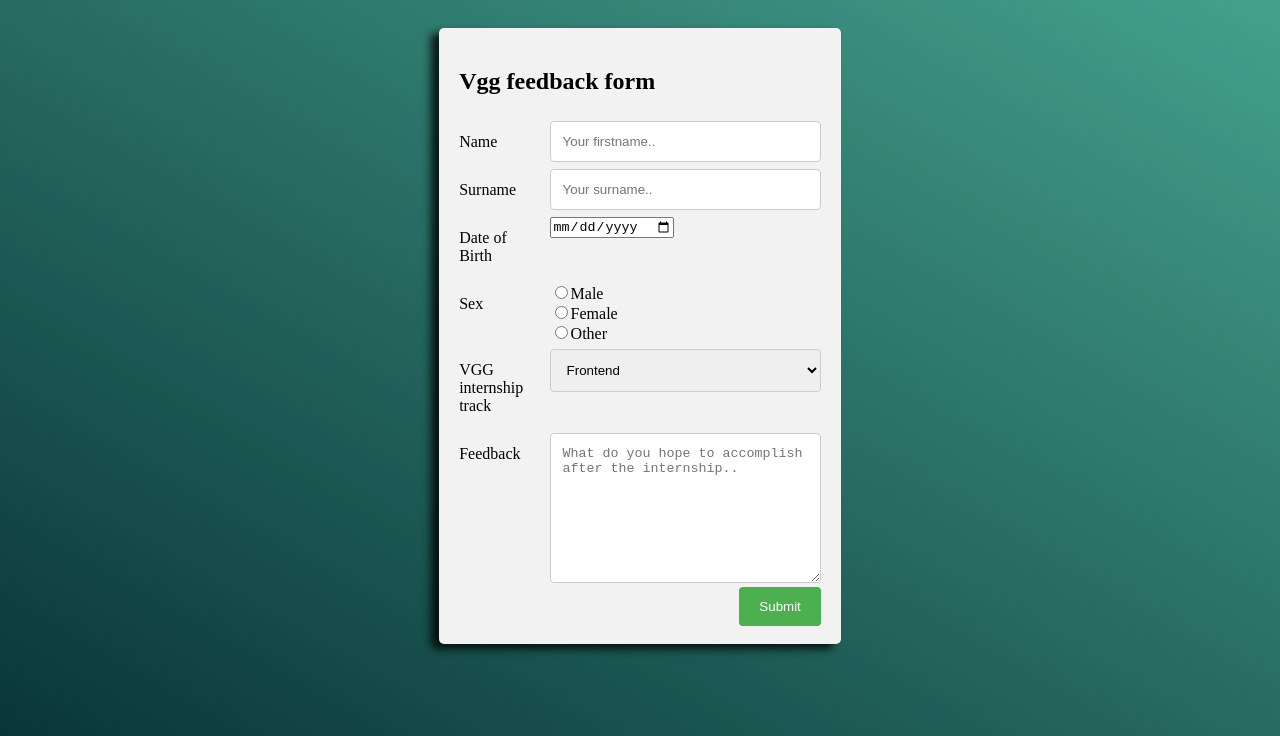
Repository: iphyokafor/VGG-Feedback-form
Page: index2.html
These files come from the project's save history. The page is drawn as it stood at one moment and after the next save; the edit follows.
The browser window is 1280 px wide. The pictures show the whole page.

Above is the page before, as saved 2020-01-13 01:04:44.

### index2.html
<!DOCTYPE html>
<html lang="en">

<head>
    <meta charset="UTF-8">
    <meta name="viewport" content="width=device-width, initial-scale=1.0">
    <meta http-equiv="X-UA-Compatible" content="ie=edge">
    <title>VGG feedback form</title>
    <link rel="stylesheet" href="./main.css">
</head>

<body>
    <div class="container">
        <form>
            <h2 class="heading">Vgg feedback form</h2>
            <div class="row">
                <div class="col-25">
                    <label for="name">Name</label>
                </div>
                <div class="col-75">
                    <input type="text" class="txtinput" id="name" name="name" placeholder="Your firstname..">
                </div>
            </div>
            <div class="row">
                <div class="col-25">
                    <label for="surname">Surname</label>
                </div>
                <div class="col-75">
                    <input type="text" class="txtinput" id="surname" name="surname" placeholder="Your surname..">
                </div>
            </div>
            <div class="row">
                <div class="col-25">
                    <label for="dob">Date of Birth</label>
                </div>
                <div class="col-75">
                    <input type="date" id="date" name="date">
                </div>
            </div>
            <div class="row">
                <div class="col-25">
                    <label for="sex">Sex</label>
                </div>
                <div class="col-75">
                    <input type="radio" name="gender">Male<br>
                    <input type="radio" name="gender">Female<br>
                    <input type="radio" name="gender">Other
                </div>
            </div>
            <div class="row">
                <div class="col-25">
                    <label for="VGG internship">VGG internship track</label>
                </div>
                <div class="col-75">
                    <select id="VGG internship" name="VGG">
            <option value="frontend">Frontend</option>
            <option value="backend">Backend</option>
            <option value="ui/ux">UI/UX</option>
            <option value="software">Software Quality Assurance</option>
            <option value="devops">DevOps</option>
          </select>
                </div>
            </div>
            <div class="row">
                <div class="col-25">
                    <label for="feedback">Feedback</label>
                </div>
                <div class="col-75">
                    <textarea id="feedback" name="feedback" placeholder="What do you hope to accomplish after the internship.." style="height:150px"></textarea>
                </div>
            </div>
            <div class="row">
                <input type="submit" class="btn" value="Submit">
            </div>
        </form>
    </div>

</body>

</html>

### main.css
/* Style inputs, select elements and textareas */

body {
    display: flex;
    justify-content: center;
    flex-wrap: wrap;
    background: linear-gradient(to right top, #093637, #44A08D);
    background-repeat: no-repeat;
    height: 100vh;
}

.txtinput,
select,
textarea {
    width: 100%;
    padding: 12px;
    border: 1px solid #ccc;
    border-radius: 4px;
    box-sizing: border-box;
    resize: vertical;
}


/* Style the label to display next to the inputs */

label {
    padding: 12px 12px 12px 0;
    display: inline-block;
}


/* Style the submit button */

.btn {
    background-color: #4CAF50;
    color: white;
    padding: 12px 20px;
    border: none;
    border-radius: 4px;
    cursor: pointer;
    float: right;
    transition: all 1s;
}

.btn:hover {
    transform: scale(1.1);
}


/* Style the container */

.container {
    height: 80vh;
    margin-top: 20px;
    border-radius: 5px;
    background-color: #f2f2f2;
    padding: 20px;
    box-shadow: -8px 5px 8px rgba(0, 0, 0, 0.8);
    transition: border 0.15s linear 0s, linear 0s, color 0.15s linear 0s;
}


/* Floating column for labels: 25% width */

.col-25 {
    float: left;
    width: 25%;
    margin-top: 6px;
}


/* Floating column for inputs: 75% width */

.col-75 {
    float: left;
    width: 75%;
    margin-top: 6px;
}


/* Clear floats after the columns */

.row:after {
    content: "";
    display: table;
    clear: both;
}


/* Responsive layout - when the screen is less than 600px wide, make the two columns stack on top of each other instead of next to each other */

@media screen and (max-width: 600px) {
    .col-25,
    .col-75,
    input[type=submit] {
        width: 100%;
        margin-top: 0;
    }
}

After the next save:
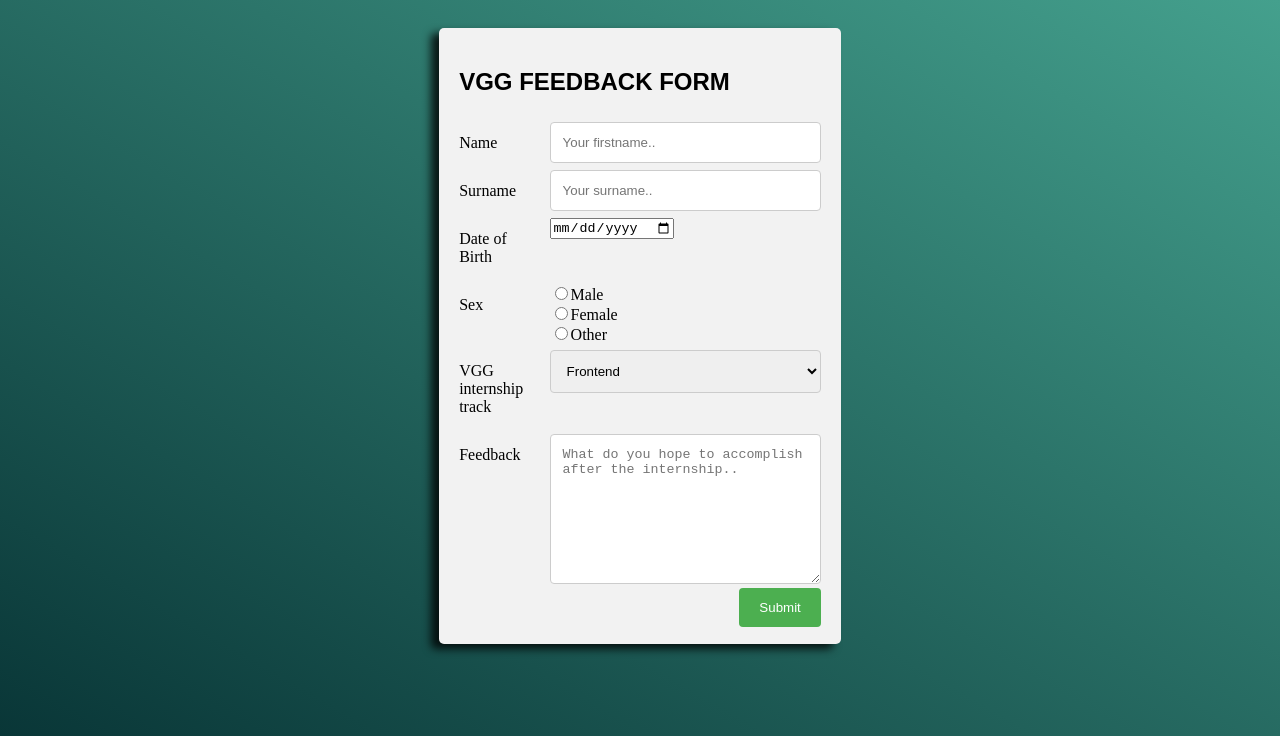
Saved 3 min 27 s later.
--- a/main.css
+++ b/main.css
@@ -59,6 +59,12 @@ label {
     transition: border 0.15s linear 0s, linear 0s, color 0.15s linear 0s;
 }
 
+.heading {
+    text-transform: uppercase;
+    font-family: Arial, Helvetica, sans-serif;
+    text-decoration: darkcyan;
+}
+
 
 /* Floating column for labels: 25% width */
 
